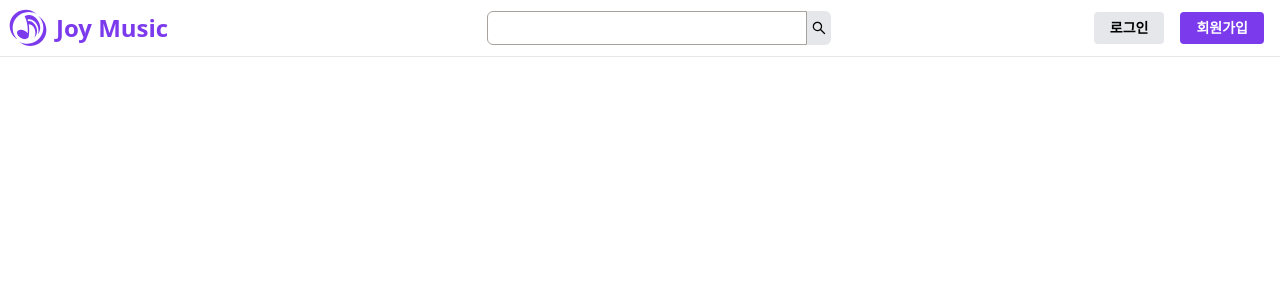
Repository: momo0170/joy-music
Page: /
These files come from the project's save history. The page is drawn as it stood at one moment and after the next save; the edit follows.
The browser window is 1280 px wide. The pictures show the whole page.
The project was rebuilt for these pictures with package versions that can differ from the ones it lists, and the page was loaded fresh each time. Also part of the build but not shown: src/App.css.

Above is the page before, as saved 2023-09-25 13:41:34.

After the next save:
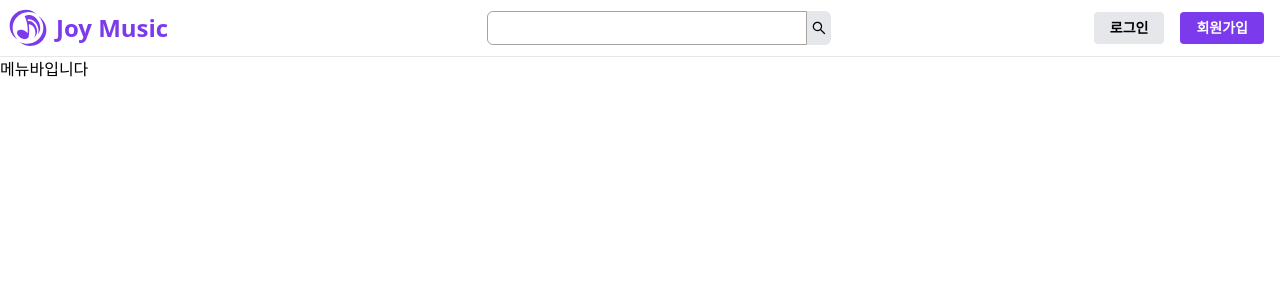
Saved 2 min 13 s later.
--- a/src/index.js
+++ b/src/index.js
@@ -8,7 +8,7 @@ import Home from './router/Home';
 const router = createBrowserRouter([
   {
     path: '/',
-    element: <Home />,
+    element: <App />,
   },
 ]);
 
